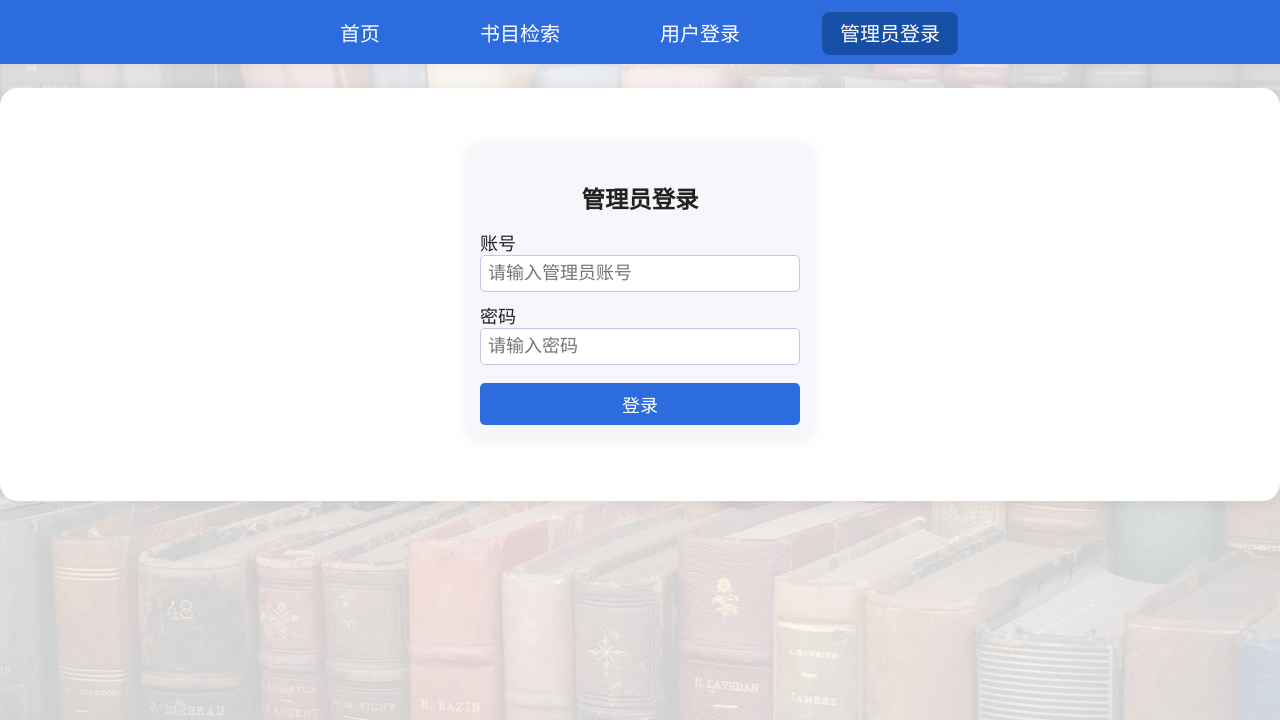
Repository: MercuryRandom/Library-Resource-Management-System
Page: /admin-login (app in frontend/)
These files come from the project's save history. The page is drawn as it stood at one moment and after the next save; the edit follows.
The browser window is 1280 px wide. The pictures show the whole page.
The project was rebuilt for these pictures with package versions that can differ from the ones it lists, and the page was loaded fresh each time. Also part of the build but not shown: frontend/vite.config.js, frontend/src/pages/HomePage.jsx, frontend/src/pages/SearchPage.jsx, frontend/src/pages/LoginPage.jsx, frontend/src/pages/RegisterPage.jsx, frontend/src/pages/admin/ReaderManagementPage.jsx, frontend/src/pages/admin/BookManagementPage.jsx, frontend/src/pages/admin/BorrowManagementPage.jsx.

Above is the page before, as saved 2025-06-27 10:30:28.

After the next save:
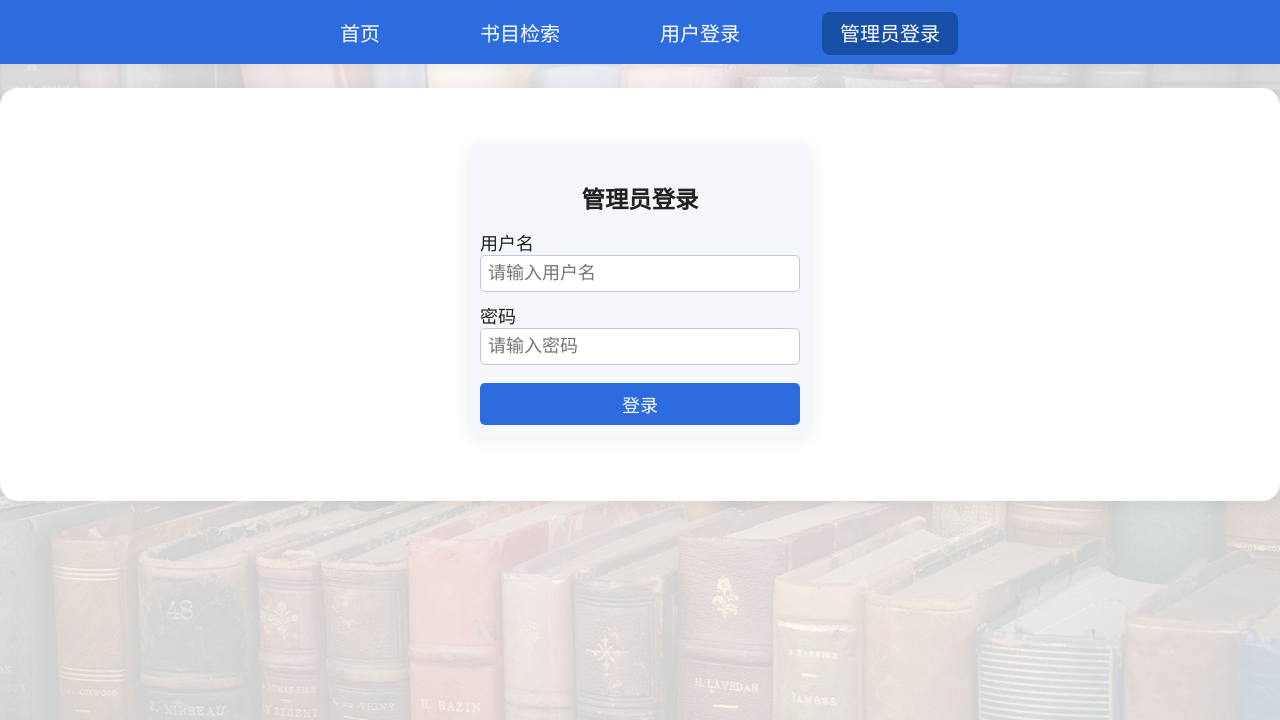
Saved 6 s later.
--- a/frontend/src/pages/AdminLoginPage.jsx
+++ b/frontend/src/pages/AdminLoginPage.jsx
@@ -7,13 +7,19 @@ const AdminLoginPage = () => {
   const [error, setError] = useState('');
   const navigate = useNavigate();
 
-  const handleLogin = (e) => {
+  const handleLogin = async (e) => {
     e.preventDefault();
-    if (username === 'admin' && password === 'admin') {
-      setError('');
+    setError('');
+    const res = await fetch('http://localhost:4001/api/admin/login', {
+      method: 'POST',
+      headers: { 'Content-Type': 'application/json' },
+      body: JSON.stringify({ username, password })
+    });
+    const data = await res.json();
+    if (data.success) {
       navigate('/admin');
     } else {
-      setError('账号或密码错误');
+      setError(data.message || '用户名或密码错误');
     }
   };
 
@@ -21,13 +27,13 @@ const AdminLoginPage = () => {
     <div className="form-card">
       <h2>管理员登录</h2>
       <form onSubmit={handleLogin}>
-        <label htmlFor="username">账号</label>
+        <label htmlFor="username">用户名</label>
         <input
           type="text"
           id="username"
           value={username}
           onChange={(e) => setUsername(e.target.value)}
-          placeholder="请输入管理员账号"
+          placeholder="请输入用户名"
         />
         <label htmlFor="password">密码</label>
         <input
